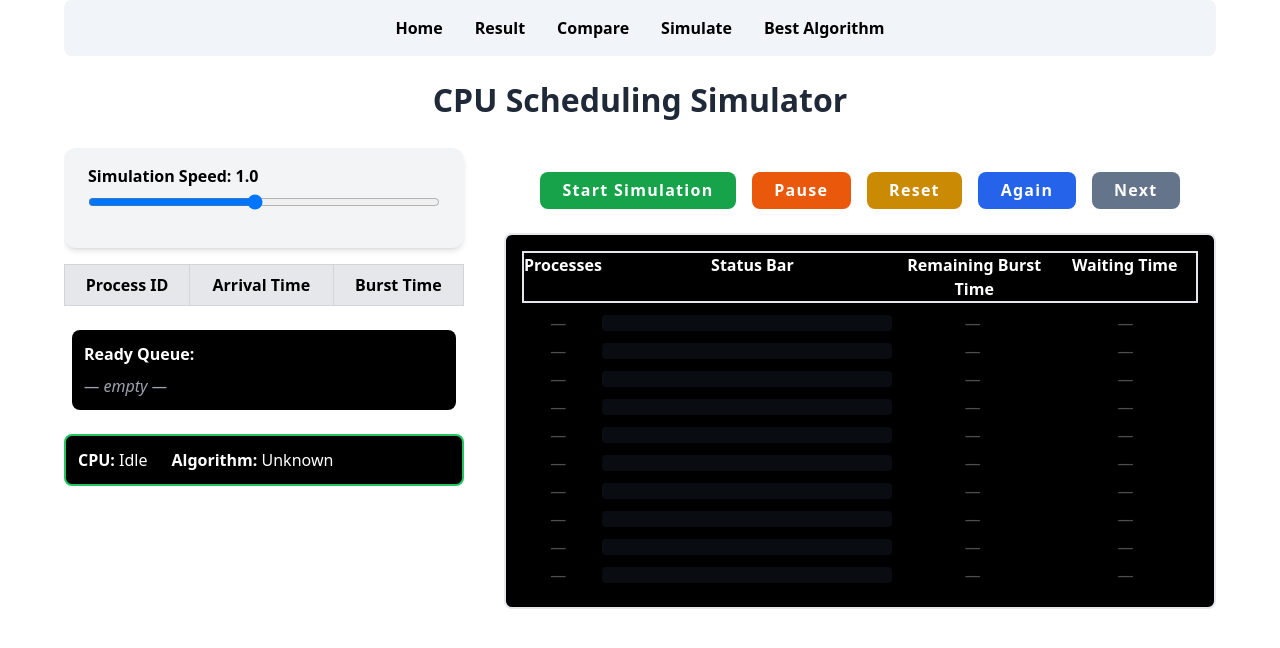
Repository: ujjwalkathait/Process_Scheduler
Page: /simulate
These files come from the project's save history. The page is drawn as it stood at one moment and after the next save; the edit follows.
The browser window is 1280 px wide. The pictures show the whole page.
The project was rebuilt for these pictures with package versions that can differ from the ones it lists, and the page was loaded fresh each time. Also part of the build but not shown: vite.config.js, src/components/CompareAlgorithmsChart.jsx, src/components/GanttChart.jsx, src/components/GanttChartTable.jsx, src/components/ProcessData.jsx, src/components/ProcessTable.jsx, src/components/PerformanceMetrics.jsx, src/components/SelectAlgorithm.jsx and 14 more.

Above is the page before, as saved 2025-06-07 00:21:22.

After the next save:
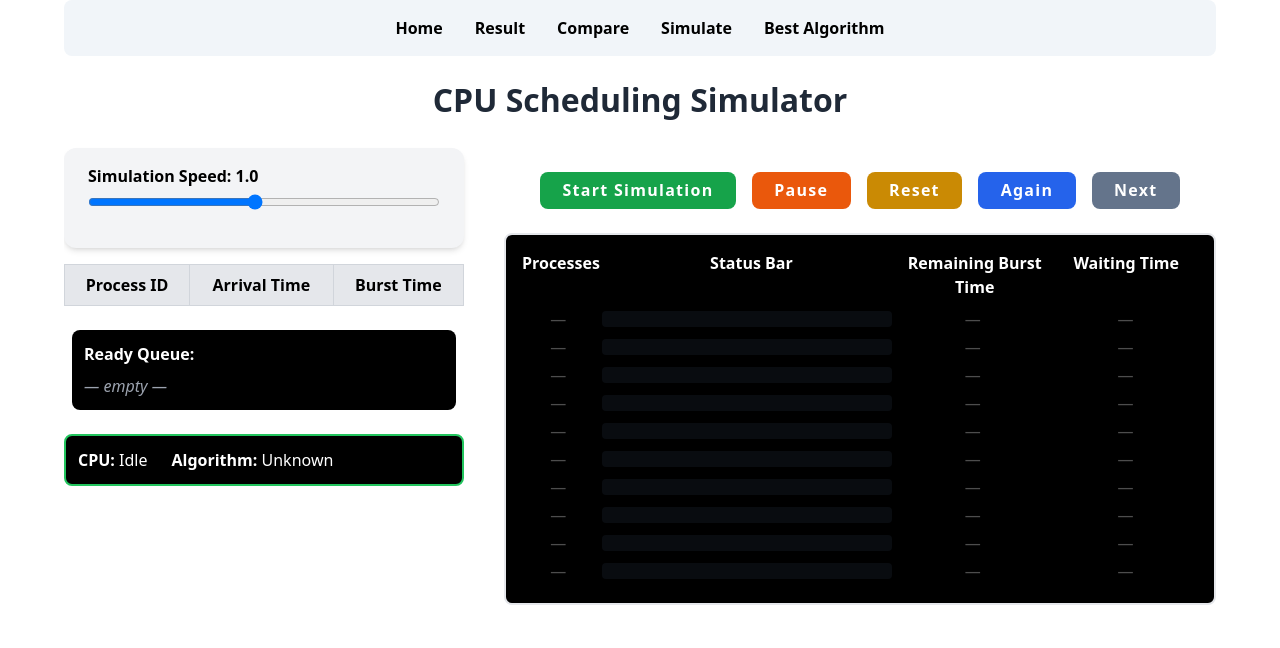
Saved 5 s later.
--- a/src/components/ProcessProgressList.jsx
+++ b/src/components/ProcessProgressList.jsx
@@ -26,7 +26,7 @@ const ProcessProgressList = ({processes}) => {
   return (
     <div className="bg-black text-white border-2 rounded-lg p-4 w-full">
       {/* Header Row */}
-      <div className="grid grid-cols-[1fr_4fr_2fr_2fr] border-2  gap-2 font-semibold mb-2">
+      <div className="grid grid-cols-[1fr_4fr_2fr_2fr]  gap-2 font-semibold mb-2">
         <div className='text-center'>Processes</div>
         <div className='text-center'>Status Bar</div>
         <div className='text-center'>Remaining Burst Time</div>
